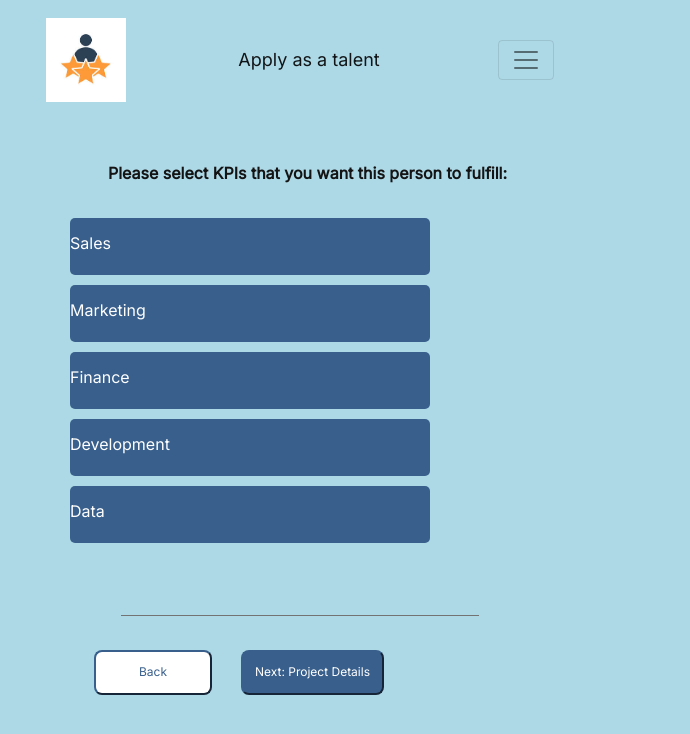
Repository: Ashwe9/talent-hire-reactJs
Page: /kpis
An editor plug-in stored every save of this project. The page is shown before and after the next save, followed by the edit.
The browser window is 600 px wide. The page is 690 px wide, so the pictures cover 690 px, including what lies to the right of the window. The pictures show the whole page.
The project was rebuilt for these pictures with package versions that can differ from the ones it lists, and the page was loaded fresh each time. Also part of the build but not shown: src/homePage/components/TrustedBy/TrustedBy.css, src/homePage/components/TrustedBy/TrustedBy.js, src/homePage/components/Roles/Roles.css, src/homePage/components/Roles/Roles.js, src/homePage/components/homePageFooter/HomePageFooter.css, src/homePage/components/homePageFooter/HomePageFooter.js, src/homePage/HomePage.js, src/kpisPage/Talents.css and 2 more.

Above is the page before, as saved 2022-08-18 19:44:17.

### public/index.html
<!DOCTYPE html>
<html lang="en">
  <head>
    <meta charset="utf-8" />
    <link rel="icon" href="%PUBLIC_URL%/favicon.ico" />
    <meta name="viewport" content="width=device-width, initial-scale=1" />
    <meta name="theme-color" content="#000000" />
    <meta
      name="description"
      content="Web site created using create-react-app"
    />
    <link rel="apple-touch-icon" href="%PUBLIC_URL%/logo192.png" />
    <link rel="manifest" href="%PUBLIC_URL%/manifest.json" />
    <link rel="stylesheet" href="https://stackpath.bootstrapcdn.com/bootstrap/4.4.1/css/bootstrap.min.css" integrity="sha384-Vkoo8x4CGsO3+Hhxv8T/Q5PaXtkKtu6ug5TOeNV6gBiFeWPGFN9MuhOf23Q9Ifjh" crossorigin="anonymous">
    <link href='https://fonts.googleapis.com/css?family=Inter' rel='stylesheet'>

    <title>App</title>
  </head>
  <body>
    <noscript>You need to enable JavaScript to run this app.</noscript>
    <div id="root"></div>
    <script src="https://code.jquery.com/jquery-3.4.1.slim.min.js" integrity="sha384-J6qa4849blE2+poT4WnyKhv5vZF5SrPo0iEjwBvKU7imGFAV0wwj1yYfoRSJoZ+n" crossorigin="anonymous"></script>
    <script src="https://cdn.jsdelivr.net/npm/popper.js@1.16.0/dist/umd/popper.min.js" integrity="sha384-Q6E9RHvbIyZFJoft+2mJbHaEWldlvI9IOYy5n3zV9zzTtmI3UksdQRVvoxMfooAo" crossorigin="anonymous"></script>
    <script src="https://stackpath.bootstrapcdn.com/bootstrap/4.4.1/js/bootstrap.min.js" integrity="sha384-wfSDF2E50Y2D1uUdj0O3uMBJnjuUD4Ih7YwaYd1iqfktj0Uod8GCExl3Og8ifwB6" crossorigin="anonymous"></script>  </body>
</html>

### src/App.js
import React from 'react'
import { BrowserRouter as Router, Route, Routes, Navigate } from 'react-router-dom';
import { HomePage } from './homePage/HomePage';
import KPISPage from './kpisPage/KPISPage';
import ProjectDetails from './projectDetails/ProjectDetails';

function App() {
  return (
    <Router>
      <Routes>
        <Route exact path="/" element={<HomePage />} />
        <Route exact path="/kpis" element={<KPISPage />} />
        <Route exact path="/projectdetails" element={<ProjectDetails />} />
        <Route exact path="*" element={<Navigate to="/" replace />}/>
      </Routes>
    </Router>
  );
}

export default App;

### src/kpisPage/KPISPage.js
import React from 'react'
import './KPISPage.css'
import { Navbar } from '../shared-components/Navbar/Navbar'
import Header from './Header'
import DropDown from './DropDown'
import { Footer } from '../shared-components/Footer/Footer'

const KPISPage = () => {
  return (
    <div>
      <Navbar />
      <Header />
      <DropDown title="Sales"/>
      <DropDown title="Marketing"/>
      <DropDown title="Finance"/>
      <DropDown title="Development"/>
      <DropDown title="Data"/>
      <Footer nextTitle="Next: Project Details" nextPath="/projectdetails"/>
    </div>
  )
}

export default KPISPage

### src/shared-components/Navbar/Navbar.js
import React from 'react'
import './Navbar.css'
import { Navigate, useNavigate } from 'react-router-dom'

export const Navbar = () => {
  let navigate = useNavigate();

  return (
    <nav className="navbar navbar-expand-lg navbar-light">
      <img src= {require('../../assets/icon.png')} className="icon"/>
      <a className="navbar-brand title" href="#">Apply as a talent</a>
      <button className="navbar-toggler" type="button" data-toggle="collapse" data-target="#navbarText" aria-controls="navbarText" aria-expanded="false" aria-label="Toggle navigation">
        <span className="navbar-toggler-icon"></span>
      </button>
      <div className="collapse navbar-collapse" id="navbarText">
        <ul className="navbar-nav mr-auto">
          <li className="nav-item">
            <a className="nav-link" href="#" onClick={() => {
                navigate('/', { replace: true });
              } }>Home</a>
          </li>

          <li className="nav-item">
            <a className="nav-link" href="#">Why</a>
          </li>
          <li className="nav-item">
            <a className="nav-link" href="#">In-demand talents</a>
          </li>
        </ul>
        <span className="navbar-text">
          <button className='btn btn-dark navbar-btn'>Hire Talent</button>
        </span>
      </div>
    </nav>
  )
}

### src/kpisPage/Header.js
import React from 'react'
import './Header.css'

const Header = () => {
  return (
    <div className='header-box'>
        <p className='header-by-title'>
            Please select KPIs that you want this person to fulfill:
        </p>
    </div>
  )
}

export default Header

### src/kpisPage/DropDown.js
import {FaCaretDown, FaCaretUp} from 'react-icons/fa'
import React , { useState } from 'react'
import './DropDown.css'
import { left } from '@popperjs/core'
import Talents from './Talents'


const DropDown = ({title}) => {
    const [x, setCount] = useState(0);
    const incrementCount = () => {
        setCount(x + 1);
      };

  return (
    <div>
        <div className='dropdown-box' onClick={incrementCount} >
            <p className='dropdown-title'>{title}</p>
            <a> { x%2===0 ? <FaCaretDown id='icon' size={30} style={{}} /> : <FaCaretUp id='icon' size={30} style={{}} />}</a>
        </div>
        { x%2===1 ? <Talents title={title}/> : <></>}
    </div>
  )
}

export default DropDown

### src/shared-components/Footer/Footer.js
import React from 'react'
import './Footer.css'
import { useNavigate  } from 'react-router-dom'


export  const Footer = ({nextTitle, nextPath}) => {
  let navigate =useNavigate();
  return (
      <footer>
        <div className='Footer-box'>
            <hr id="footer-line"/>
            <div className='buttons'>
              <button className='Footer-button-back'
              onClick={() => {
                navigate(-1);
              } }
                >Back</button>

              <button className='Footer-button-next'
              onClick={() => {
                navigate({nextPath});
              } }
                >{nextTitle}</button>
        </div>
        </div>
      </footer>
    )
  }

### src/shared-components/Navbar/Navbar.css
.icon{
    width: 80px;
}

.title{
    font-family: "Inter";
    font-style: normal;
    font-weight: 500;
    font-size: 18px;
    line-height: 28px;
    align-items: center;
    color: #444444;
    padding-left: 10px;
}

#navbarText{
    margin-left: 30%;
}
.navbar-items{
    margin: 0 35%;

}

.nav-item{
    font-family: "Inter";
    font-style: normal;
    font-weight: 500;
    font-size: 18px;
    align-items: center;
    color: #444444;
    padding-left: 24px;
}

.navbar-btn{
    font-family: "Inter";
    font-style: bold;
    background: #2c4154;
    /* padding: 5px 50px; */
    border-color: #2c4154;
    width: 200px;
}

.navbar{
    margin: 10px 5%;
}

@media only screen and (max-width: 600px) {
    body {
      background-color: lightblue;
    }
  }

### src/kpisPage/Header.css
.header-box{
    margin: 30px 30%;
    padding: 3%;
    padding-bottom: 0%;
    align-items: center;
    width: 35%;
}

.header-by-title{
    font-family: "Inter";
    font-style: bolder;
    font-weight: 700;
    font-size: 25px;
    line-height: 30px;
    align-items: center;
    color: #141414;
}


@media only screen and (max-width: 700px) {

    .header-by-title{
        font-size: 16px;
    }

    .header-box{
        margin-left: 90px;
        width: 100%;
    }
  }
@media only screen and (max-width: 450px) {
    .header-by-title{
        font-size: 13px;
    }
    .header-box{
        margin-left: 70px;
        width: 100%;
    }
}

### src/kpisPage/DropDown.css
.dropdown-box{
    margin: 0px 33%;
    padding-top: 10px;
    padding-bottom: 1px;
    width: 33%;
    background-color: #395f8c;
    border-radius: 5px;
    display: flex;
    cursor: pointer;
    margin-bottom: 10px;

}

.dropdown-title{
    font-family: "Inter";
    font-style: bolder;
    font-weight: 300;
    font-size: 22px;
    line-height: 30px;
    align-items: center;
    color: white;
    margin-left: 40px;
}

#icon{
    color: white;
    position:absolute;
    right:580px;
}


@media only screen and (max-width: 700px) {

    .dropdown-title{
        font-size: 16px;
        margin-left: 0;
    }

    .dropdown-box{
        margin-left: 70px;
        width: 60%;
    }
    #icon{
        opacity: 0;
    }
  }
@media only screen and (max-width: 450px) {
    .dropdown-title{
        font-size: 11px;
        margin-left: 0;
    }
    .dropdown-box{
        margin-left: 70px;
        width: 60%;
    }

    #icon{
        opacity: 0;
    }
}

### src/shared-components/Footer/Footer.css
#footer-line{
    background-color: gray;
    width: 61%;
}

.Footer-box{
    margin-top: 50px;
    padding: 1%;
}

.buttons{
    display: flex;
}

.Footer-button-back{
    margin-top: 3%;
    /* margin-left: 30%; */
    font-family: "Inter";
    font-style: normal;
    padding: 1% 1%;
    background-color: white;
    border-color: #395f8c;
    color: #395f8c;
    height: 10%;
    width: 15%;
    border-radius: 0.5rem;
    margin-left: 34%;
    margin-bottom: 10%;
}
.Footer-button-next{
    margin-top: 3%;
    /* margin-left: 30%; */
    font-family: "Inter";
    background: #395f8c;
    border-color: #395f8c;
    padding: 1% 1%;
    height: 10%;
    width: 15%;
    border-radius: 0.5rem;
    margin-bottom: 10%;
    margin-left: 20px;
    color: white;
}

@media only screen and (max-width: 700px) {
    .Footer-button-next{
        padding: 2% ;
        height: 10%;
        width: fit-content;
        margin-left: 5%;
        font-size: 12px;
    }
    .Footer-button-back{
        padding: 2% ;
        height: 10%;
        width: 20%;
        margin-left: 15%;
        font-size: 12px;
    }
}

Loaded but not shown: src/index.js (common file); src/reportWebVitals.js (common file); src/index.css (no stored copy; drawn as an empty file); src/kpisPage/KPISPage.css (no stored copy; drawn as an empty file)

After the next save:
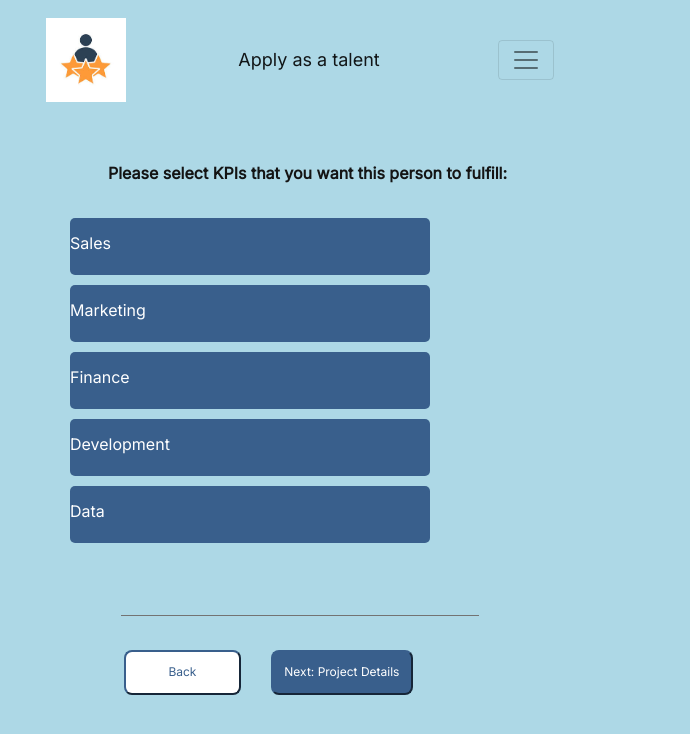
Saved 4 s later.
--- a/src/shared-components/Footer/Footer.css
+++ b/src/shared-components/Footer/Footer.css
@@ -54,7 +54,7 @@
         padding: 2% ;
         height: 10%;
         width: 20%;
-        margin-left: 15%;
+        margin-left: 20%;
         font-size: 12px;
     }
 }
